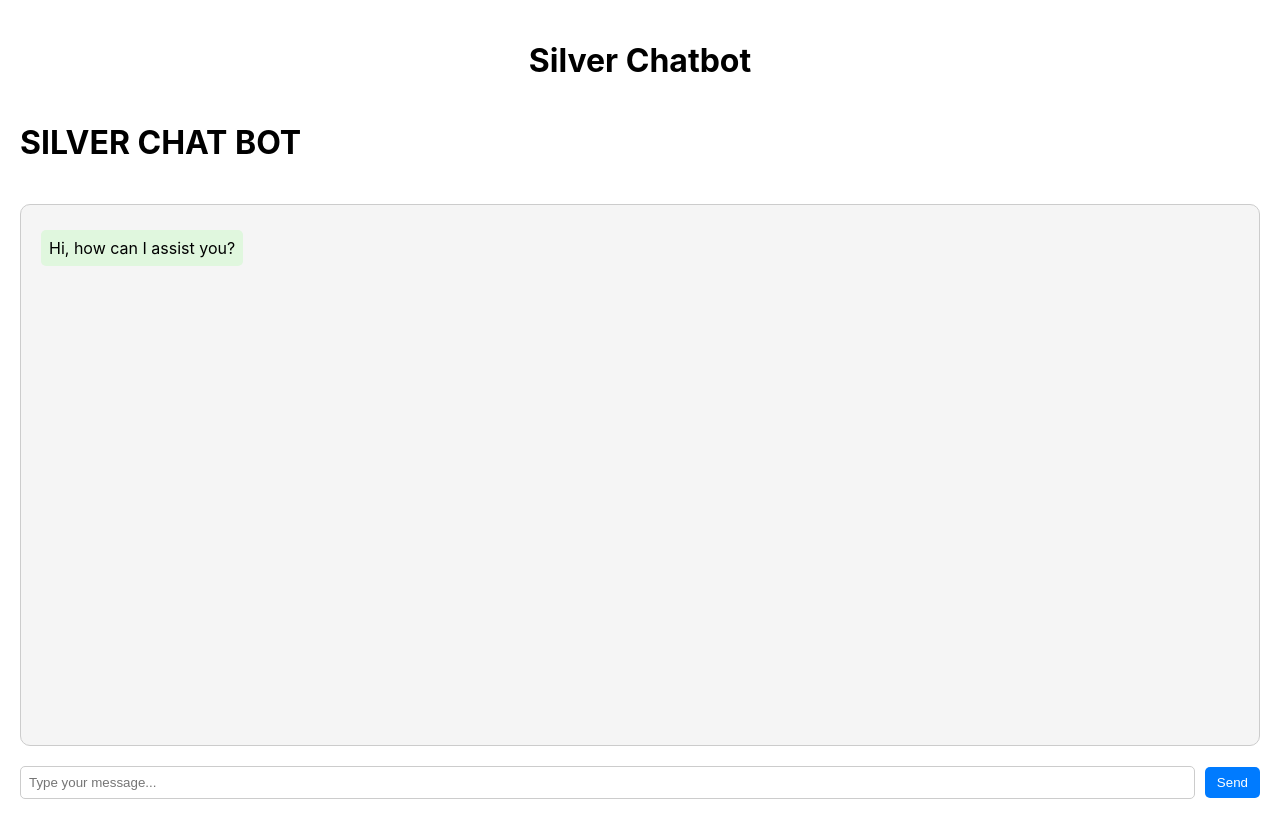
Repository: Rishabh-patidar/Chatbot-Final
Page: / (app in chatbot-ui/)
An editor plug-in stored every save of this project. The page is shown before and after the next save, followed by the edit.
The browser window is 1280 px wide. The pictures show the whole page.
The project was rebuilt for these pictures with package versions that can differ from the ones it lists, and the page was loaded fresh each time.

Above is the page before, as saved 2023-08-09 10:11:33.

After the next save:
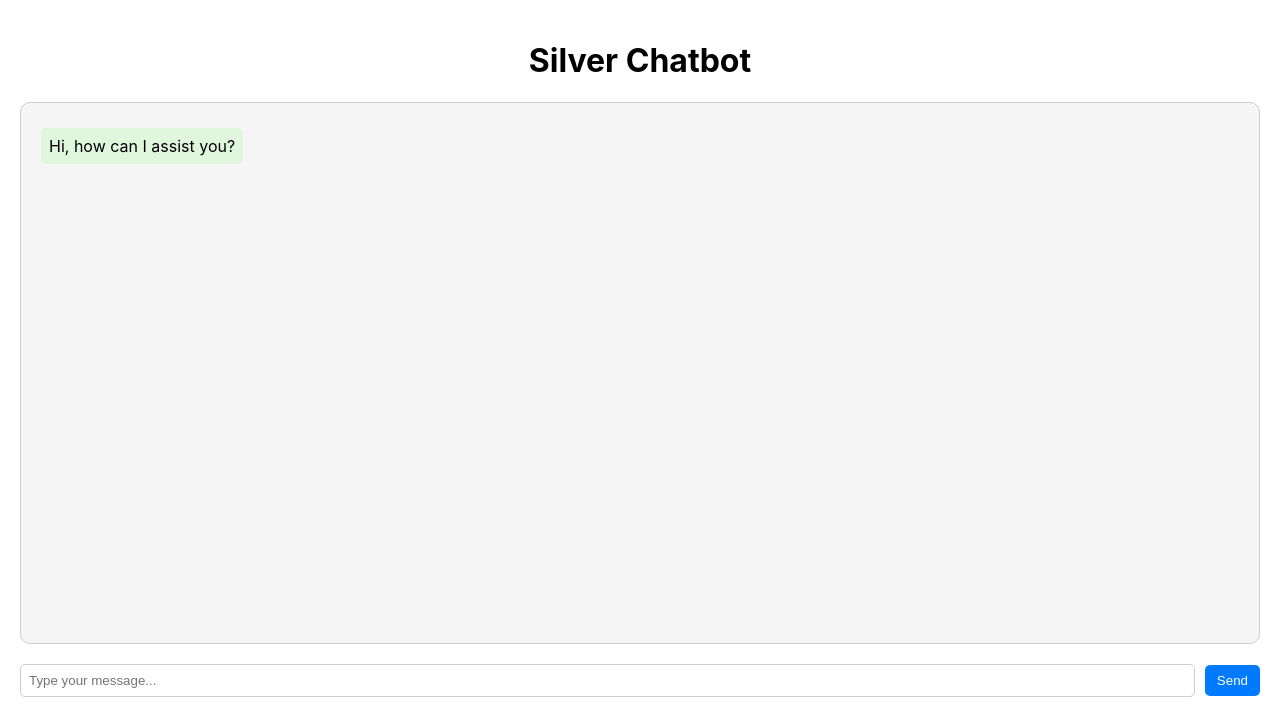
Saved 16 s later.
--- a/chatbot-ui/src/App.js
+++ b/chatbot-ui/src/App.js
@@ -49,37 +49,7 @@ function App() {
   return (
     <div className="App">
       <h1>Silver Chatbot</h1>
-      <div
-        className="header"
-        style={{
-          display: 'flex',
-          alignItems: 'center',
-          marginBottom: '20px',
-        }}
-      >
-        {/* <img
-          src={ChatbotLogo}
-          alt="Chatbot Logo"
-          style={{
-            width: '100px',
-            height: '100px',
-            objectFit: 'contain',
-            marginRight: '10px',
-          }}
-        /> */}
-        <h1
-          className="chatbot-heading"
-          style={{
-            fontSize: '32px',
-            color:'black',
-            alignItems: 'center',
 
-
-          }}
-        >
-          SILVER CHAT BOT
-        </h1>
-      </div>
       <div className="chat-container">
         {chatHistory.map((message, index) => (
           <div
